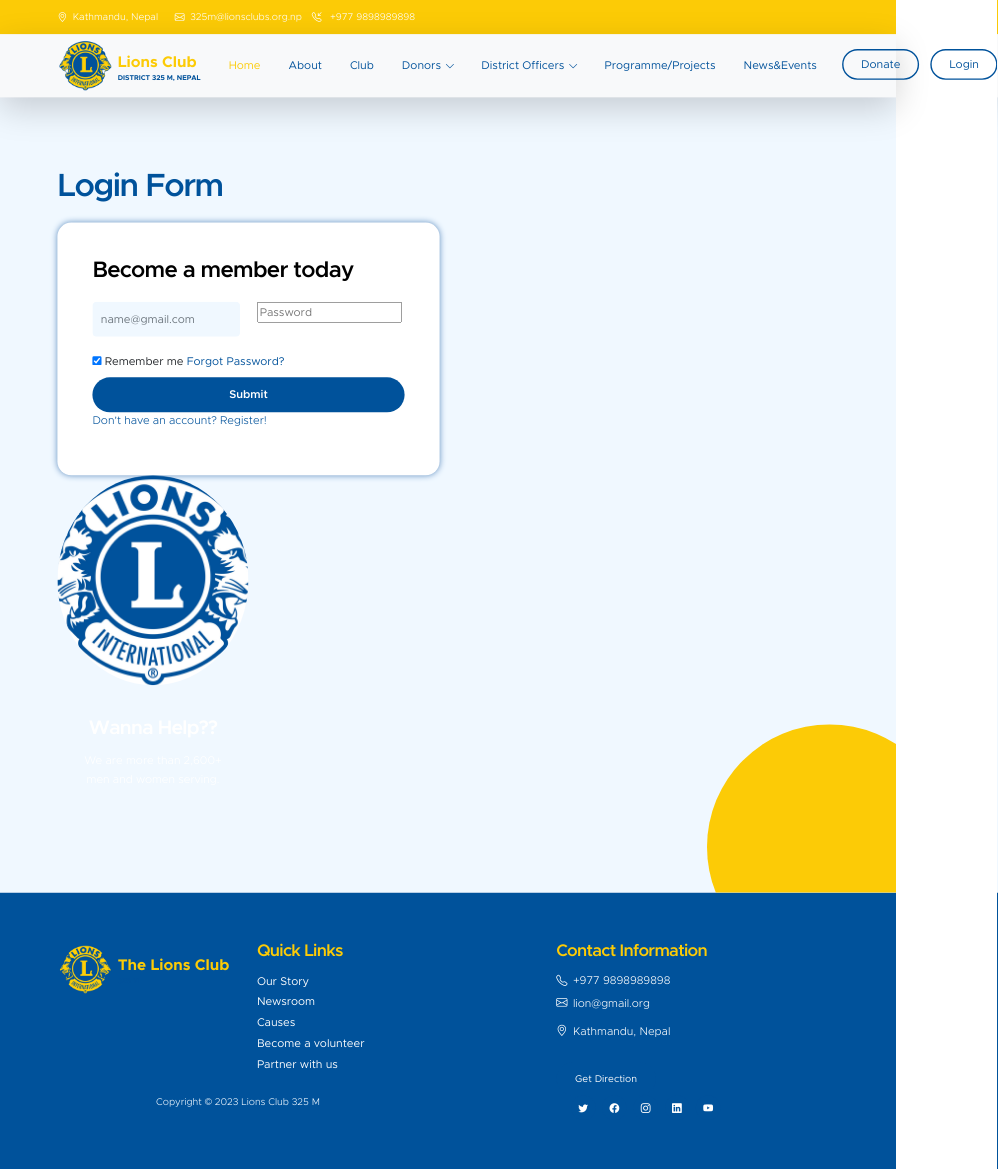
Repository: sandhya8109/Lions
Page: http://localhost/login.php
An editor plug-in stored every save of this project. The page is shown before and after the next save, followed by the edit.
The browser window is 1280 px wide. The page is 1425 px wide, so the pictures cover 1425 px, including what lies to the right of the window. The pictures show the whole page, at 70% of full size.
The page is run by PHP 8.4 with error messages shown; the project is at /var/www/html/.

Above is the page before, as saved 2023-06-18 12:00:21.
Console error: TypeError: Cannot read properties of undefined (reading 'top')

### login.php
<?php include('nav.php')
    ?>
<!--Volunteer start-->
<section class="volunteer-section section-padding" id="section_4" style="background-color:var(--section-bg-color);">
    <div class="container">
        <div class="row">

            <div class="col-lg-6 col-12">
                <h2 class="mb-4" style="color:#00529b);">Login Form</h2>

                <form class=" custom-form volunteer-form mb-5 mb-lg-0" action="#" method="post" role="form"
                    style="box-shadow: 0 0 9px rgb(91, 139, 190);">
                    <h3 class="mb-4">Become a member today</h3>

                    <div class="row">
                        <div class="col-lg-6 col-12">
                            <input type="email" name="volunteer-email" id="volunteer-email" pattern="[^ @]*@[^ @]*"
                                class="form-control" placeholder="name@gmail.com" required>
                        </div>
                        <div class="col-lg-6 col-12">
                            <input type="password" name="password" class="input" required placeholder="Password">
                        </div>
                    </div>
                    <div class="checkbox">
                        <label>
                            <input type="checkbox" checked="checked" name="remember"> Remember me
                        </label>
                        <a href="password-recovery.php">Forgot Password?</a>

                        <button type="submit" class="form-control">Submit</button>
                        <a href="signup.php">
                            <p>Don't have an account? Register!</p>
                        </a>


                </form>
            </div>

            <div class="col-lg-6 col-12">
                <img src="images/bluelion.jpg" class="volunteer-image img-fluid" alt="">

                <div class="custom-block-body text-center">
                    <h4 class="text-white mt-lg-3 mb-lg-3">Wanna Help??</h4>

                    <p class="text-white">We are more than 2,600+ men and women serving.</p>
                </div>
            </div>

        </div>
    </div>
</section>
<!--Login form -->
<?php include('footer.php')
    ?>

### nav.php
<!doctype html>
<html lang="en">

<head>
    <meta charset="utf-8">
    <meta name="viewport" content="width=device-width, initial-scale=1">
    <meta name="description" content="">
    <meta name="author" content="">
    <title>Lions Club International </title>
    <!-- CSS FILES -->
    <link href="css/bootstrap.min.css" rel="stylesheet">
    <link href="css/bootstrap-icons.css" rel="stylesheet">
    <link href="css/styles.css" rel="stylesheet">
</head>

<body id="section_1">

    <header class="site-header">
        <div class="container">
            <div class="row">

                <div class="col-lg-8 col-12 d-flex flex-wrap">
                    <p class="d-flex me-4 mb-0">
                        <i class="bi-geo-alt me-2"></i>
                        Kathmandu, Nepal
                    </p>

                    <p class="d-flex mb-0">
                        <i class="bi-envelope me-2"></i>

                        <a href="mailto:info@company.com">
                            325m@lionsclubs.org.np
                        </a>
                    </p>
                    &nbsp; &nbsp;
                    <p class="d-flex mb-0">
                        <i class="bi bi-telephone-inbound"></i>
                        &nbsp; &nbsp;
                        <a href="tel:+9779898989898">
                            +977 9898989898
                        </a>
                    </p>
                </div>
            </div>
        </div>
    </header>
    <nav class="navbar navbar-expand-lg bg-light shadow-lg">
        <div class="container">

            <a class="navbar-brand" href="index.php">
                <img src="images/logo.png" class="logo img-fluid">
                <span>
                    Lions Club
                    <small>District 325 M, Nepal</small>
                </span>
            </a>
            <button class="navbar-toggler" type="button" data-bs-toggle="collapse" data-bs-target="#navbarNav"
                aria-controls="navbarNav" aria-expanded="false" aria-label="Toggle navigation">
                <span class="navbar-toggler-icon"></span>
            </button>

            <div class="collapse navbar-collapse" id="navbarNav">

                <ul class="navbar-nav ms-auto">
                    <li class="nav-item">
                        <a class="nav-link click-scroll" href="./index.php">Home</a>
                    </li>

                    <li class="nav-item">
                        <a class="nav-link click-scroll" href="./about.php">About</a>
                    </li>

                    <li class="nav-item">
                        <a class="nav-link click-scroll" href="./club.php">Club</a>
                    </li>

                    <li class="nav-item dropdown">
                        <a class="nav-link click-scroll dropdown-toggle" href="#section_5"
                            id="navbarLightDropdownMenuLink" role="button" data-bs-toggle="dropdown"
                            aria-expanded="false">Donors</a>

                        <ul class="dropdown-menu dropdown-menu-light" aria-labelledby="navbarLightDropdownMenuLink">
                            <li><a class="dropdown-item" href="news.php">PMJF</a></li>

                            <li><a class="dropdown-item" href="news-detail.php">MJF</a></li>
                            <li><a class="dropdown-item" href="news-detail.php">Campaign 100</a></li>
                            <li><a class="dropdown-item" href="news-detail.php">Cam 100</a></li>
                        </ul>
                    </li>


                    <li class="nav-item dropdown">
                        <a class="nav-link click-scroll dropdown-toggle" href="#section_5"
                            id="navbarLightDropdownMenuLink" role="button" data-bs-toggle="dropdown"
                            aria-expanded="false">District Officers</a>

                        <ul class="dropdown-menu dropdown-menu-light" aria-labelledby="navbarLightDropdownMenuLink">
                            <li><a class="dropdown-item" href="news.php">Governor Team</a></li>

                            <li><a class="dropdown-item" href="news-detail.php">Advisor Council</a></li>
                            <li><a class="dropdown-item" href="news-detail.php">Coordinators</a></li>
                            <li><a class="dropdown-item" href="news-detail.php">District Committee</a></li>
                            <li><a class="dropdown-item" href="news-detail.php">CC/AC/RC/ZC/DC</a></li>
                        </ul>
                    </li>

                    <li class="nav-item">
                        <a class="nav-link click-scroll" href="#section_9">Programme/Projects</a>
                    </li>
                    <li class="nav-item">
                        <a class="nav-link click-scroll" href="./news.php">News&Events</a>
                    </li>
                    <li class="nav-item ms-3">
                        <a class="nav-link custom-btn custom-border-btn btn" href="donate.php">Donate</a>
                    </li>
                    <li class="nav-item ms-3">
                        <a class="nav-link custom-btn custom-border-btn btn" href="login.php">Login</a>
                    </li>
                </ul>
            </div>
        </div>
    </nav>

### footer.php
<footer class="site-footer">
    <div class="container">
        <div class="row">
            <div class="col-lg-3 col-12 mb-4">
                <a class="navbar-brand" href="index.html">
                    <img src="images/logo.png" class="logo img-fluid" alt="Kind Heart Charity">
                    <span>
                        The Lions Club
                        <small>325 M</small>
                    </span>
                </a>

            </div>

            <div class="col-lg-4 col-md-6 col-12 mb-4">
                <h5 class="site-footer-title mb-3">Quick Links</h5>

                <ul class="footer-menu">
                    <li class="footer-menu-item"><a href="#" class="footer-menu-link">Our Story</a></li>

                    <li class="footer-menu-item"><a href="#" class="footer-menu-link">Newsroom</a></li>

                    <li class="footer-menu-item"><a href="#" class="footer-menu-link">Causes</a></li>

                    <li class="footer-menu-item"><a href="#" class="footer-menu-link">Become a volunteer</a></li>

                    <li class="footer-menu-item"><a href="#" class="footer-menu-link">Partner with us</a></li>
                </ul>
            </div>

            <div class="col-lg-4 col-md-6 col-12 mx-auto">
                <h5 class="site-footer-title mb-3">Contact Information</h5>

                <p class="text-white d-flex mb-2">
                    <i class="bi-telephone me-2"></i>

                    <a href="tel: +977 9898989898" class="site-footer-link">
                        +977 9898989898
                    </a>
                </p>

                <p class="text-white d-flex">
                    <i class="bi-envelope me-2"></i>

                    <a href="mailto:info@yourgmail.com" class="site-footer-link">
                        lion@gmail.org
                    </a>
                </p>

                <p class="text-white d-flex mt-3">
                    <i class="bi-geo-alt me-2"></i>
                    Kathmandu, Nepal
                </p>

                <a href="#" class="custom-btn btn mt-3">Get Direction</a>
            </div>
            <div class="col-lg-6 col-md-7 col-12">
                <p class="copyright-text mb-0">Copyright © 2023 Lions Club 325 M
                </p>
            </div>

            <div class="col-lg-6 col-md-5 col-12 d-flex justify-content-center align-items-center mx-auto">
                <ul class="social-icon">
                    <li class="social-icon-item">
                        <a href="#" class="social-icon-link bi-twitter"></a>
                    </li>

                    <li class="social-icon-item">
                        <a href="#" class="social-icon-link bi-facebook"></a>
                    </li>

                    <li class="social-icon-item">
                        <a href="#" class="social-icon-link bi-instagram"></a>
                    </li>

                    <li class="social-icon-item">
                        <a href="#" class="social-icon-link bi-linkedin"></a>
                    </li>

                    <li class="social-icon-item">
                        <a href="https://youtube.com/templatemo" class="social-icon-link bi-youtube"></a>
                    </li>
                </ul>
            </div>
        </div>
    </div>

    <div class="site-footer-bottom">
        <div class="container">
            <div class="row">



            </div>
        </div>
    </div>
</footer>

<!-- JAVASCRIPT FILES -->
<script src="js/jquery.min.js"></script>
<script src="js/bootstrap.min.js"></script>
<script src="js/jquery.sticky.js"></script>
<script src="js/click-scroll.js"></script>
<script src="js/counter.js"></script>
<script src="js/custom.js"></script>

</body>

</html>

Loaded but not shown: css/bootstrap.min.css (library); css/bootstrap-icons.css (library); js/jquery.min.js (library); js/bootstrap.min.js (library); js/jquery.sticky.js (library); js/custom.js (common file); js/counter.js (89 lines, source omitted); js/click-scroll.js (37 lines, source omitted); css/styles.css (1669 lines, source omitted)

After the next save:
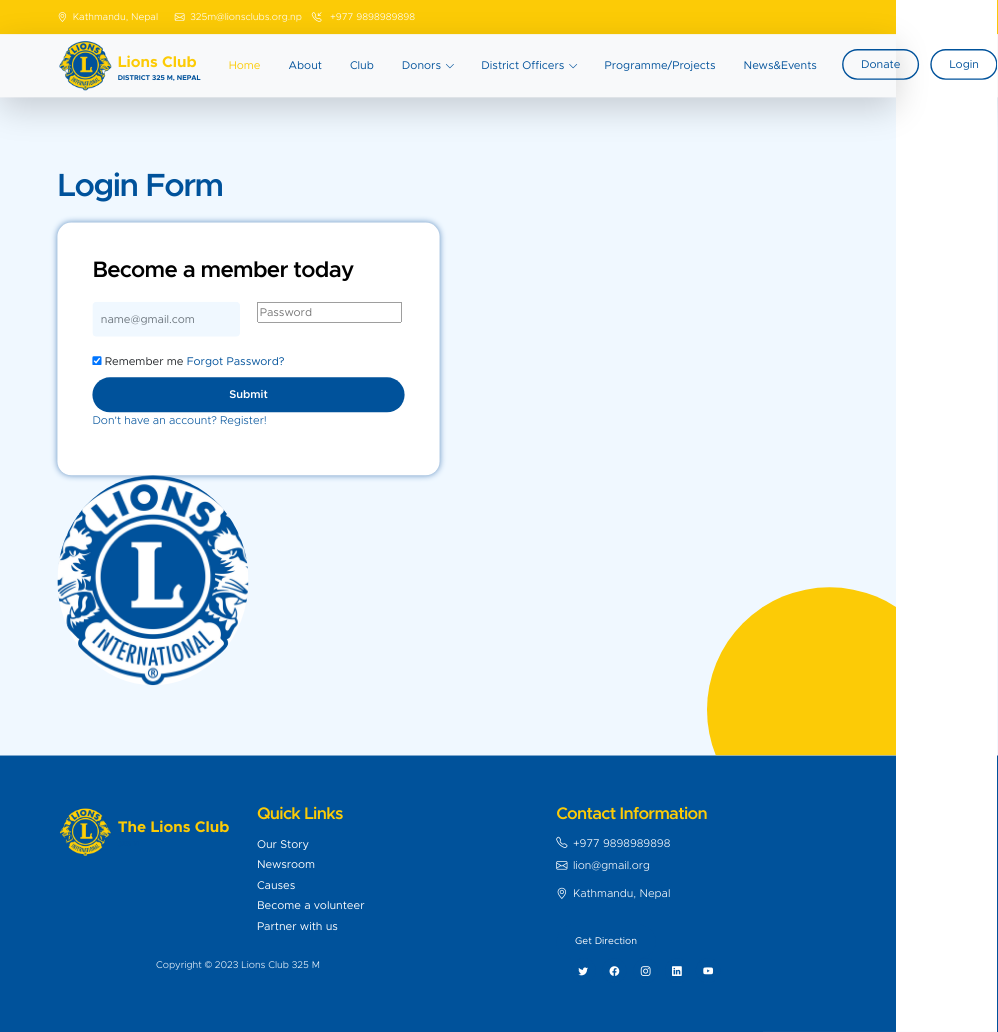
Saved 11 s later.
--- a/login.php
+++ b/login.php
@@ -39,11 +39,7 @@
             <div class="col-lg-6 col-12">
                 <img src="images/bluelion.jpg" class="volunteer-image img-fluid" alt="">
 
-                <div class="custom-block-body text-center">
-                    <h4 class="text-white mt-lg-3 mb-lg-3">Wanna Help??</h4>
 
-                    <p class="text-white">We are more than 2,600+ men and women serving.</p>
-                </div>
             </div>
 
         </div>
